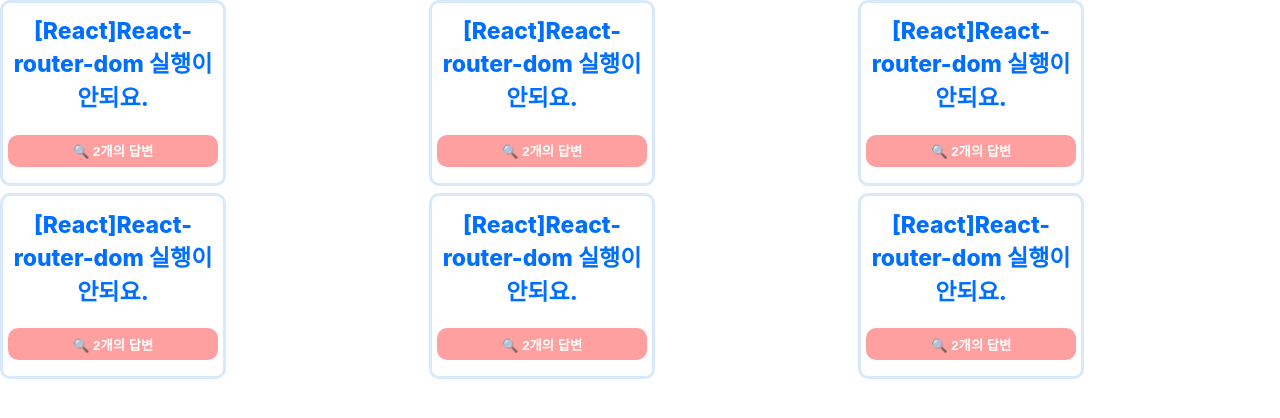
Repository: TeamCosine/Front
Page: /Qna
These files come from the project's save history. The page is drawn as it stood at one moment and after the next save; the edit follows.
The browser window is 1280 px wide. The pictures show the whole page.
The project was rebuilt for these pictures with package versions that can differ from the ones it lists, and the page was loaded fresh each time. Also part of the build but not shown: src/components/home/Card.js, src/pages/Home.js, src/pages/Profile.js, src/pages/Login.js, src/components/MyInfo/Card.js, src/pages/MyInfo.js, src/pages/Write.js, src/pages/Invite.js.

Above is the page before, as saved 2023-07-22 23:01:16.

After the next save:
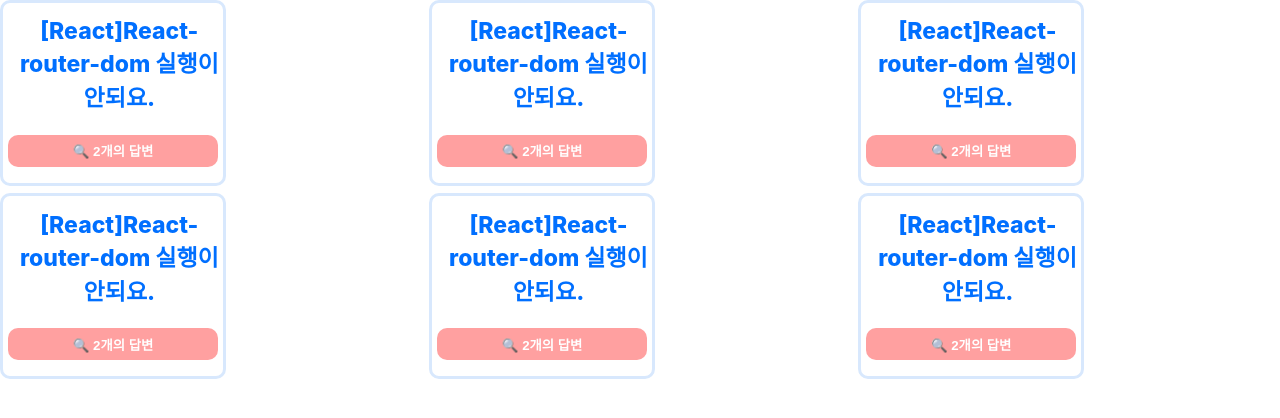
Saved 4 s later.
--- a/src/components/QNA/Card.js
+++ b/src/components/QNA/Card.js
@@ -16,7 +16,7 @@
    font-weight: 800;
    flex-shrink: 0;
    padding-bottom: 3vh;
-   padding-left :
+   padding-left : 1vw;
 `;
 const Btn = styled.button`
     text-align: center;
